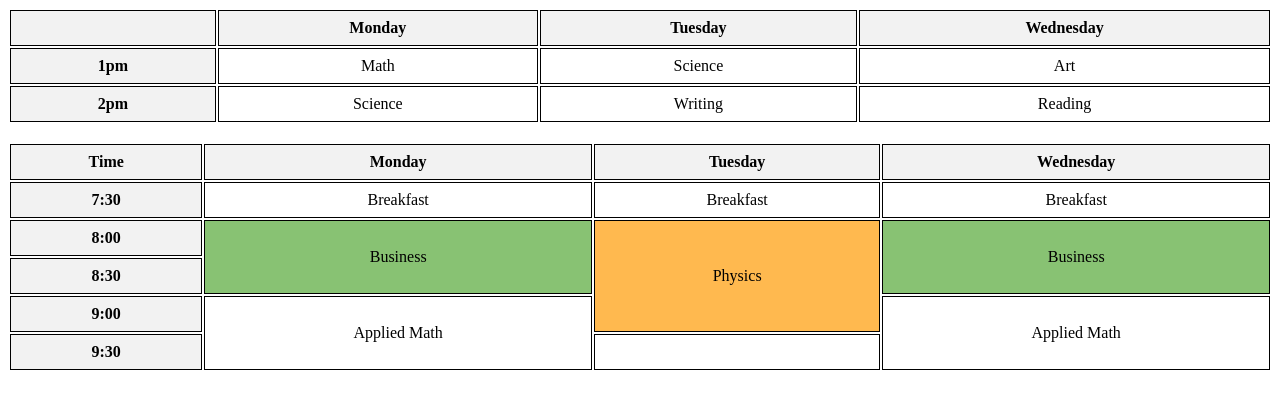
Repository: jefflai0412/website_design
Page: task1.html
The author's editor kept a copy of each file at every save. The page is drawn from the files as they stood at one save, then again after the next save.
The browser window is 1280 px wide. The pictures show the whole page.

Above is the page before, as saved 2024-10-18 14:03:24.

After the next save:
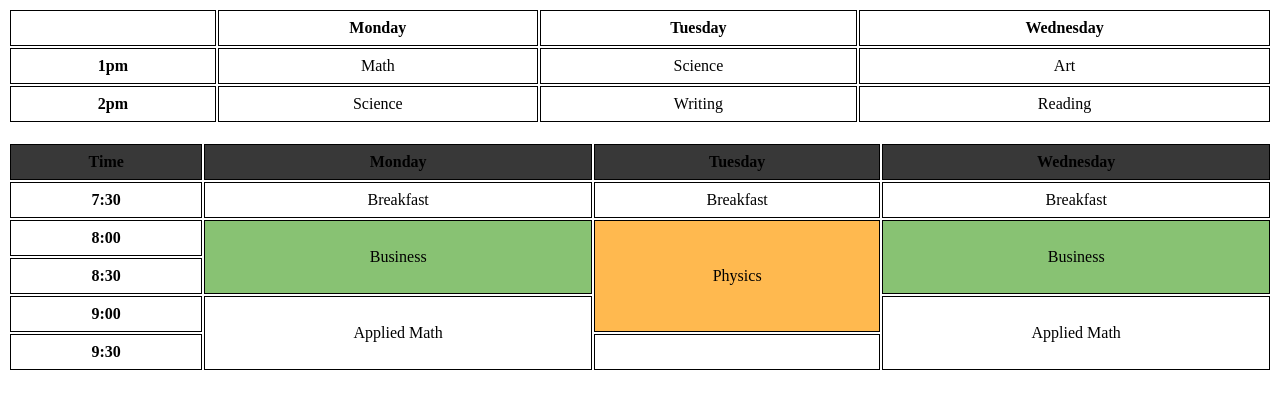
Saved 36 s later.
--- a/task1.html
+++ b/task1.html
@@ -17,7 +17,7 @@
         }
 
         th {
-            background-color: #f2f2f2;
+            /* background-color: #f2f2f2; */
         }
     </style>
 </head>
@@ -48,7 +48,7 @@
     <br>
 
     <table cellpadding="10" cell-spacing="10">
-        <tr bgcolor="#636362">
+        <tr bgcolor="#383838">
             <th>Time</th>
             <th>Monday</th>
             <th>Tuesday</th>
